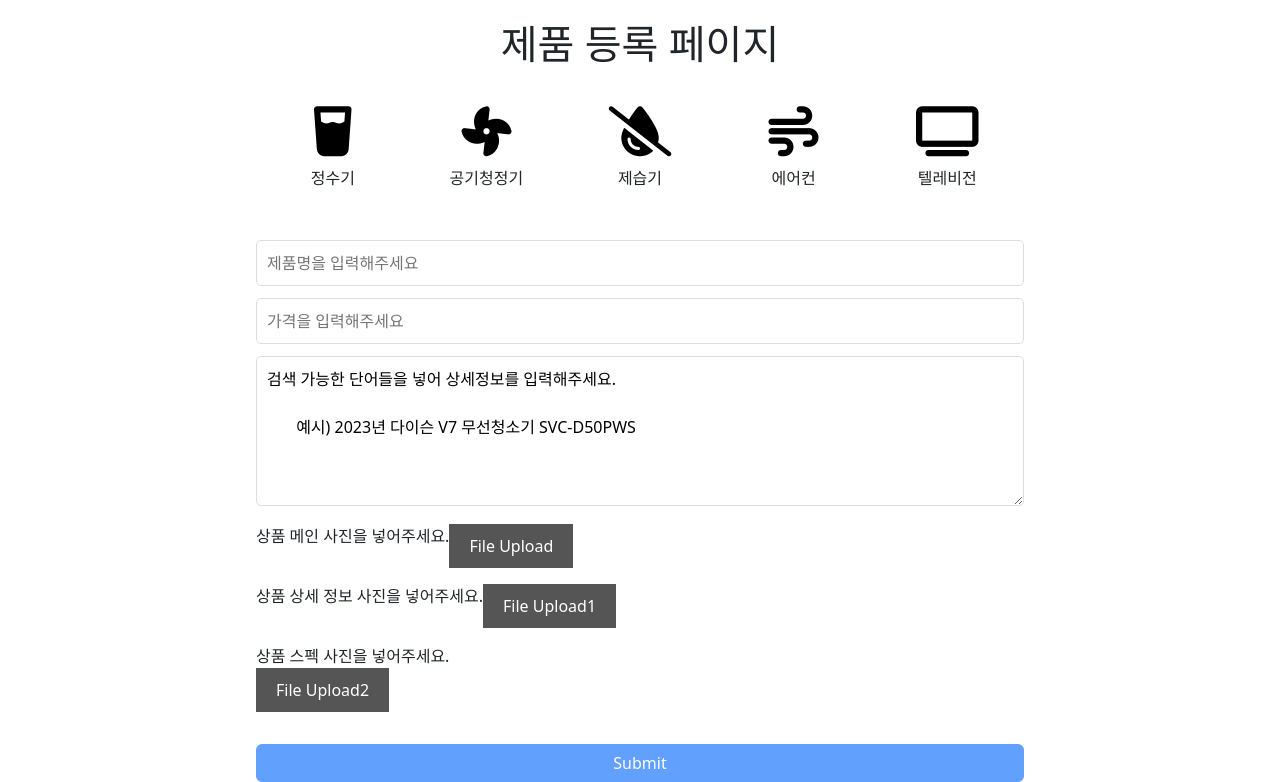
Repository: bbqju13/52si
Page: http://localhost/spring/WEB-INF/views/product/register.jsp
An editor plug-in stored every save of this project. The page is shown before and after the next save, followed by the edit.
The browser window is 1280 px wide. The pictures show the whole page.
Some web libraries are served in a nearby version. The page is served by Tomcat 9. Nobody is signed in. Other server files are loaded and not shown. The template is opened directly, without the code that normally fills it, so the values that code supplies are empty.

Above is the page before, as saved 2023-07-28 05:26:51.

### spring/src/main/webapp/WEB-INF/views/product/register.jsp
<%@ page language="java" contentType="text/html; charset=UTF-8"
    pageEncoding="UTF-8"%>
<%@ taglib uri="http://java.sun.com/jsp/jstl/core" prefix="c" %>
<!DOCTYPE html>
<html>
<head>
<meta charset="UTF-8">
<title>Product Register Page</title>
<link rel="stylesheet" href="/resources/css/product/register.css">
<script src="https://kit.fontawesome.com/e927512ef5.js" crossorigin="anonymous"></script>
<link href="https://cdn.jsdelivr.net/npm/bootstrap@5.3.1/dist/css/bootstrap.min.css" rel="stylesheet" integrity="sha384-4bw+/aepP/YC94hEpVNVgiZdgIC5+VKNBQNGCHeKRQN+PtmoHDEXuppvnDJzQIu9" crossorigin="anonymous">
<script src="https://cdn.jsdelivr.net/npm/bootstrap@5.3.1/dist/js/bootstrap.bundle.min.js" integrity="sha384-HwwvtgBNo3bZJJLYd8oVXjrBZt8cqVSpeBNS5n7C8IVInixGAoxmnlMuBnhbgrkm" crossorigin="anonymous"></script>
</head>
<body>
	<h1>제품 등록 페이지</h1>
	 <form action="/product/register" method="post" id="registerForm" class="was-validated" enctype="multipart/form-data">
        <div id="productDiv">
            <ul>
                <li class="product" data-value="정수기">
                    <div>
                        <i class="fa-solid fa-glass-water" style="color: #000000;"></i>
                        <div class="product-name">정수기</div>
                    </div>
                </li>
                <li class="product" data-value="공기청정기">
                    <div>
                        <i class="fa-solid fa-fan" style="color: #000000;"></i>
                        <div class="product-name">공기청정기</div>
                    </div>
                </li>
                <li class="product" data-value="제습기">
                    <div>
                        <i class="fa-solid fa-droplet-slash" style="color: #000000;"></i>
                        <div class="product-name">제습기</div>
                    </div>
                </li>
                <li class="product" data-value="에어컨">
                    <div>
                        <i class="fa-solid fa-wind" style="color: #000000;"></i>
                        <div class="product-name">에어컨</div>
                    </div>
                </li>
                <li class="product" data-value="텔레비전">
                    <div>
                        <i class="fa-solid fa-tv" style="color: #000000;"></i>
                        <div class="product-name">텔레비전</div>
                    </div>
                </li>
            </ul>
        </div>
        <input type="hidden" name="type_a" id="mySelection">
        <p id="type_aError" class="error" style="color: red; display: none;">제품 카테고리를 입력해주세요.</p>
       <br>
       <input name="pname" placeholder="제품명을 입력해주세요"> <br>
       <p id="pnameError" class="error" style="color: red; display: none;">제품명을 입력해주세요.</p>
       <input id="priceInput" name="price" placeholder="가격을 입력해주세요"> <br>
       <p id="priceError" class="error" style="color: red; display: none;">숫자만 입력해주세요.</p>
       <textarea name="content" cols="50" rows="10">검색 가능한 단어들을 넣어 상세정보를 입력해주세요.&#10;
       예시) 2023년 다이슨 V7 무선청소기 SVC-D50PWS
       </textarea> <br>
       <div class="fileDiv">
	       상품 메인 사진을 넣어주세요.<input type="file" id="files" name="files" style="display: none" class="form-control" aria-label="file example" required> <br>
	       <button type="button" id="trigger">File Upload</button> <br>
	       <div id="fileZone">

	       </div>
	   </div>

	   <div class="fileDiv">
	       상품 상세 정보 사진을 넣어주세요.<input type="file" id="files1" name="files" style="display: none" class="form-control" aria-label="file example" required> <br>
	       <button type="button" id="trigger1">File Upload1</button> <br>
	       <div id="fileZone1">

	       </div>
       </div>

       <div class="fileDiv">
       	   <div>
       	   		상품 스펙 사진을 넣어주세요.<input type="file" id="files2" name="files" style="display: none" class="form-control" aria-label="file example" required> <br>
	       		<button type="button" id="trigger2">File Upload2</button> <br>
       	   </div>
	       <div id="fileZone2">

	       </div>
       </div>
       <button onclick="validateButton(event)" id="regBtn" class="btn btn-primary" type="submit" disabled>Submit</button>
    </form>

	<script type="text/javascript" src="/resources/js/product/productRegister.js"></script>
	<script type="text/javascript">
	    const thereis = `<c:out value="${thereis}"/>`;
	    console.log(thereis);
	    if (thereis === "1") {
	        alert("같은 상품명이 존재합니다. 다시 입력해주세요.");
	        document.getElementById("registerForm").addEventListener("submit", function(e) {
	        });
	    }
</script>
</body>
</html>

### spring/src/main/webapp/resources/css/product/register.css
body {
    font-family: 'Helvetica Neue', Helvetica, Arial, sans-serif;
    background-color: #fff;
    color: #333;
    margin: 0;
    padding: 0;
}

h1 {
    text-align: center;
    padding: 20px 0;
}

form {
    width: 60%;
    margin: 0 auto;
}

input, textarea {
    width: 100%;
    margin: 10px;
    padding: 10px;
    font-size: 0.8em;
    border-radius: 5px;
    border: 1px solid #ddd;
    margin-bottom: 12px !important;
}

textarea {
    height: 150px;
}

li {
    list-style-type: none;
    flex: 1;
    text-align: center;
    padding: 10px;
    box-sizing: border-box;
    margin: 0 5px;
}

ul {
    display: flex;
    justify-content: space-between;
    cursor: pointer;
    padding-left: 0px !important;
    margin-bottom: 12px;
}

.product-clicked {
    background-color: rgba(128, 128, 128, 0.5);
   	padding: 10px;
   	margin-top: -10px;
    border-radius: 5px;
    animation: pop 0.6s;
}
@keyframes pop {
    0% { transform: scale(1); }
    50% { transform: scale(1.2); }
    100% { transform: scale(1); }
}

i {
    font-size: 50px;
    display: block;
    margin-bottom: 10px;
}

button {
    background-color: #555;
    color: #fff;
    border: none;
    padding: 10px 20px;
    text-align: center;
    text-decoration: none;
    display: inline-block;
    font-size: 16px;
    margin: 4px 2px;
    cursor: pointer;
}

button:hover {
    background-color: #343638;
}

#regBtn {
    width: 100%;
}

#fileZone {
    margin-bottom: 20px;
}

.product-name {
	white-space:nowrap;
}

.error {
	text-align: center;
}

#type_aError {
	margin: 0;
}

#regBtn {
	margin-top: 16px;
}

.fileDiv {
	display: flex;
	margin-bottom: 1rem;
}

### spring/src/main/webapp/resources/js/product/productRegister.js
document.getElementById('trigger').addEventListener('click', () => {
    document.getElementById('files').click();
})

document.getElementById('trigger1').addEventListener('click', () => {
    document.getElementById('files1').click();
})

document.getElementById('trigger2').addEventListener('click', () => {
    document.getElementById('files2').click();
})

const regExp = new RegExp("\.(exe|sh|bat|msi|dll|js)$");
const regExpImg = new RegExp("\.(jpg|jpeg|png|gif|bmp)$");
const maxSize = 1024*1024*20;

function fileSizeValidation(fileName, fileSize) {
    if(regExp.test(fileName)) {
        return 0;
    } else if(fileSize > maxSize) {
        return 0;
    } else {
        return 1;
    }
}

document.addEventListener('change', (e) => {
    console.log(e.target);
    if(e.target.id=='files') {
        document.getElementById('regBtn').disabled=false;
        const fileObject = document.getElementById('files').files;
        console.log(fileObject);

        let div = document.getElementById('fileZone');
        div.innerHTML = '';
        let ul = `<ul>`;
        let isOk = 1;
        for(let file of fileObject) {
            console.log(file);
            let validResult = fileSizeValidation(file.name, file.size);
            isOk*=validResult;
            ul += `<li>`;
            ul += `${validResult ? '<div>업로드 가능':'<div>업로드 불가능'}</div>`;
            ul += `${file.name}`;
            ul += `<span class="badge rounded-pill text-bg-${validResult?'success':'danger'}">${file.size}Bytes</span></li>`;
        }
        ul += `</ul>`;
        div.innerHTML = ul;
        if(isOk==0) {
            document.getElementById('regBtn').disabled = true;
        }

    }
})

document.addEventListener('change', (e) => {
    console.log(e.target);
    if(e.target.id=='files1') {
        document.getElementById('regBtn').disabled=false;
        const fileObject = document.getElementById('files1').files;
        console.log(fileObject);

        let div1 = document.getElementById('fileZone1');
        div1.innerHTML = '';
        let ul = `<ul>`;
        let isOk = 1;
        for(let file of fileObject) {
            console.log(file);
            let validResult = fileSizeValidation(file.name, file.size);
            isOk*=validResult;
            ul += `<li>`;
            ul += `${validResult ? '<div>업로드 가능':'<div>업로드 불가능'}</div>`;
            ul += `${file.name}`;
            ul += `<span class="badge rounded-pill text-bg-${validResult?'success':'danger'}">${file.size}Bytes</span></li>`;
        }
        ul += `</ul>`;
        div1.innerHTML = ul;
        if(isOk==0) {
            document.getElementById('regBtn').disabled = true;
        }

    }
})

document.addEventListener('change', (e) => {
    console.log(e.target);
    if(e.target.id=='files2') {
        document.getElementById('regBtn').disabled=false;
        const fileObject = document.getElementById('files2').files;
        console.log(fileObject);

        let div1 = document.getElementById('fileZone2');
        div1.innerHTML = '';
        let ul = `<ul>`;
        let isOk = 1;
        for(let file of fileObject) {
            console.log(file);
            let validResult = fileSizeValidation(file.name, file.size);
            isOk*=validResult;
            ul += `<li>`;
            ul += `${validResult ? '<div>업로드 가능':'<div>업로드 불가능'}</div>`;
            ul += `${file.name}`;
            ul += `<span class="badge rounded-pill text-bg-${validResult?'success':'danger'}">${file.size}Bytes</span></li>`;
        }
        ul += `</ul>`;
        div1.innerHTML = ul;
        if(isOk==0) {
            document.getElementById('regBtn').disabled = true;
        }

    }
})

window.onload = function(){
    var products = document.querySelectorAll('.product');
    products.forEach(function(product){
        product.addEventListener('click', function(e){
            // remove product-clicked from all products
            products.forEach(function(prod){
                prod.firstElementChild.classList.remove('product-clicked');
            });

            // add product-clicked to the clicked product
            e.currentTarget.firstElementChild.classList.add('product-clicked');

            // update the hidden input with the data-value of the clicked product
            document.getElementById('mySelection').value = e.currentTarget.dataset.value;
        });
    });
}

function validateButton(event) {
    var type_aInput = document.querySelector('input[name="type_a"]');
    var type_aError = document.getElementById("type_aError");
    var pnameInput = document.querySelector('input[name="pname"]');
    var pnameError = document.getElementById("pnameError");
    var priceInput = document.querySelector('input[name="price"]');
    var priceError = document.getElementById("priceError");
    var contentTextarea = document.querySelector('textarea[name="content"]');
    var isFormValid = true; // 폼 유효성 검사 결과
    console.log(isFormValid);

    if (type_aInput.value.trim() === "") {
        isFormValid = false;
        type_aError.style.display = "block";
    } else {
        type_aError.style.display = "none";
    }

    if (pnameInput.value.trim() === "") {
        isFormValid = false;
        pnameError.style.display = "block";
    } else {
        pnameError.style.display = "none";
    }

    if (priceInput.value.trim() === "" || isNaN(priceInput.value)) {
        isFormValid = false;
        priceError.style.display = "block";
    } else {
        priceError.style.display = "none";
    }

    if (contentTextarea.value.trim() === "") {
        isFormValid = false;
    }

    console.log(isFormValid);
    // 폼 전송 막기
    if (!isFormValid) {
        event.preventDefault();
    }
}

After the next save:
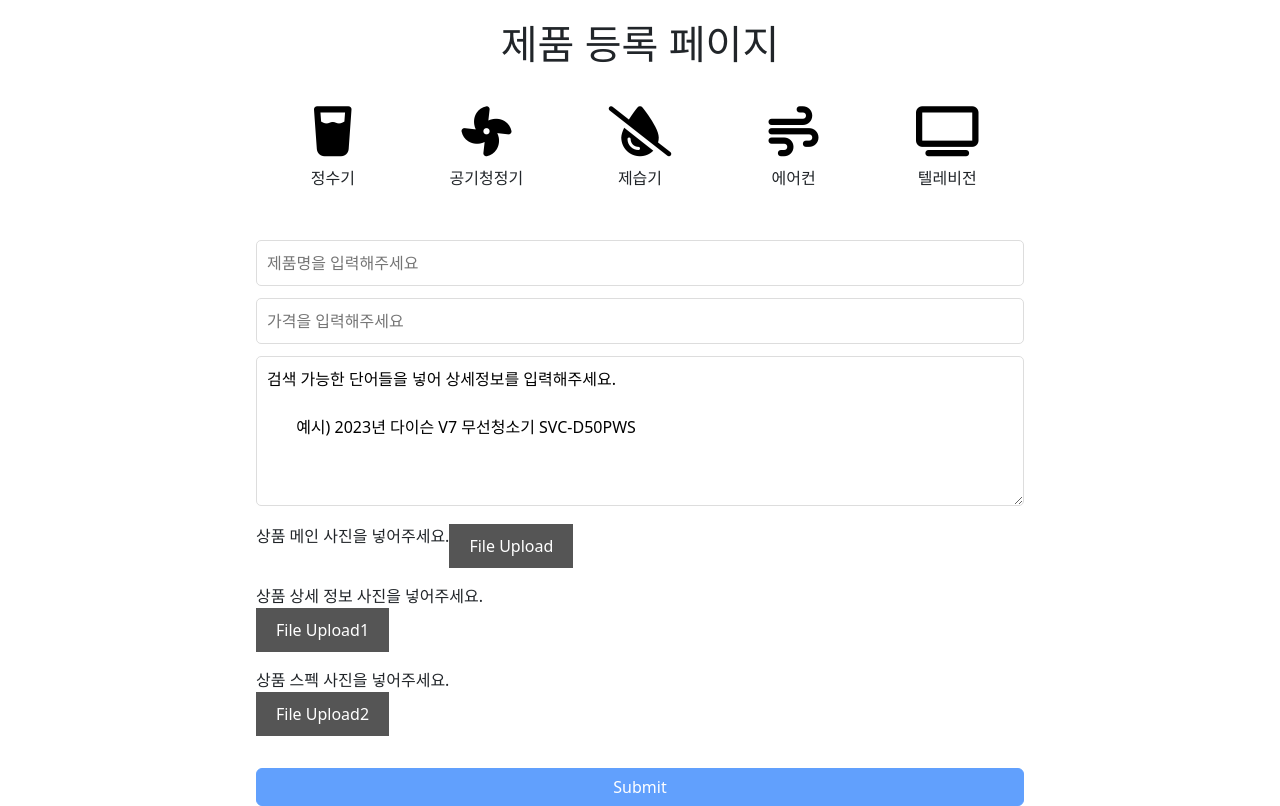
Saved 52 s later.
--- a/spring/src/main/webapp/WEB-INF/views/product/register.jsp
+++ b/spring/src/main/webapp/WEB-INF/views/product/register.jsp
@@ -67,8 +67,11 @@
 	   </div>
 
 	   <div class="fileDiv">
-	       상품 상세 정보 사진을 넣어주세요.<input type="file" id="files1" name="files" style="display: none" class="form-control" aria-label="file example" required> <br>
-	       <button type="button" id="trigger1">File Upload1</button> <br>
+	   	   <div>
+	   	   		상품 상세 정보 사진을 넣어주세요.<input type="file" id="files1" name="files" style="display: none" class="form-control" aria-label="file example" required> <br>
+	       		<button type="button" id="trigger1">File Upload1</button> <br>
+	   	   </div>
+
 	       <div id="fileZone1">
 
 	       </div>
